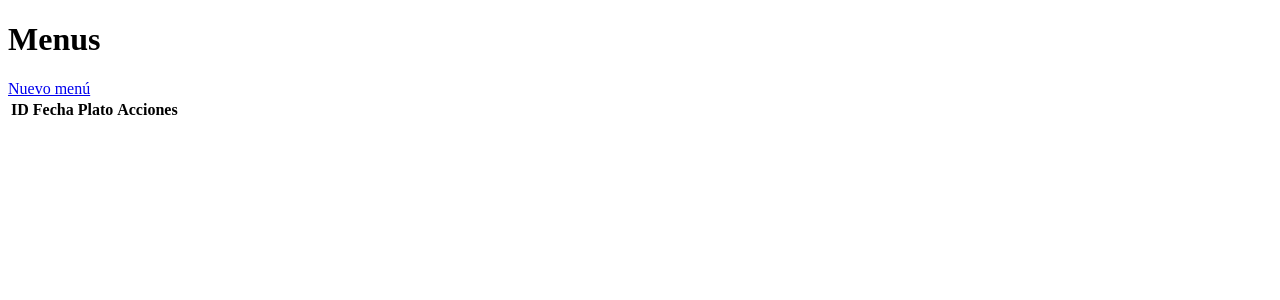
Repository: luisfelipeguevaraa/pedido-comida
Page: /
These files come from the project's save history. The page is drawn as it stood at one moment and after the next save; the edit follows.
The browser window is 1280 px wide. The pictures show the whole page.
The page's requests for data from a server got no answer. The project was rebuilt for these pictures with package versions that can differ from the ones it lists, and the page was loaded fresh each time. The framework's server and built-in components were replaced by stand-ins that run in the browser. No one was signed in, and anything a server would have sent is missing.

Above is the page before, as saved 2026-06-10 17:03:38.

### pages/index.tsx
import Link from 'next/link'
import { useEffect, useState } from 'react'

type Menu = { id: number; fecha: string; plato: string }

function ClientDate({ iso }: { iso: string }) {
  const [text, setText] = useState<string>('')
  useEffect(() => {
    // format only on client to avoid SSR/CSR mismatch
    try {
      setText(new Date(iso).toLocaleString())
    } catch (e) {
      setText(iso)
    }
  }, [iso])
  return <span>{text}</span>
}

export default function Home() {
  const [menus, setMenus] = useState<Menu[]>([])

  useEffect(() => {
    fetch('/api/menus')
      .then((r) => r.json())
      .then(setMenus)
  }, [])

  async function del(id: number) {
    if (!confirm('Eliminar menú?')) return
    await fetch(`/api/menus/${id}`, { method: 'DELETE' })
    setMenus((m) => m.filter((x) => x.id !== id))
  }

  return (
    <div className="container">
      <h1>Menus</h1>
      <Link href="/menus/new" className="btn">Nuevo menú</Link>
      <table>
        <thead>
          <tr><th>ID</th><th>Fecha</th><th>Plato</th><th>Acciones</th></tr>
        </thead>
        <tbody>
          {menus.map((m) => (
            <tr key={m.id}>
              <td>{m.id}</td>
              <td><ClientDate iso={m.fecha} /></td>
              <td>{m.plato}</td>
              <td>
                <Link href={`/menus/${m.id}/edit`} className="btn">Editar</Link>
                <button className="btn danger" onClick={() => del(m.id)}>Eliminar</button>
              </td>
            </tr>
          ))}
        </tbody>
      </table>
    </div>
  )
}

After the next save:
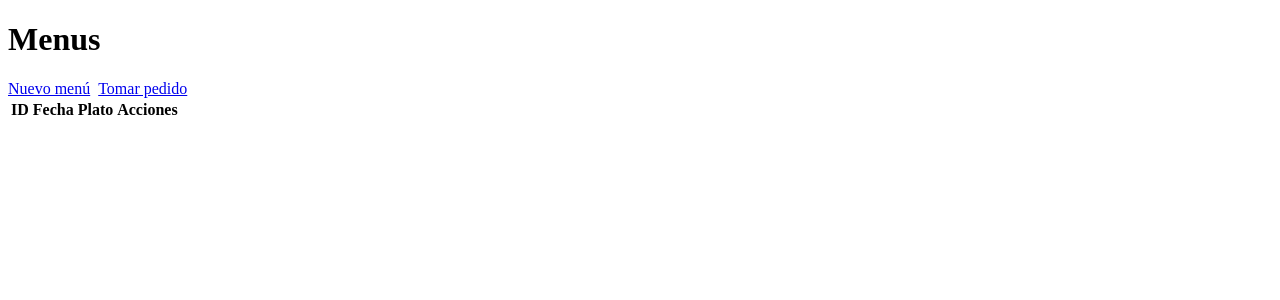
Saved 7 min 25 s later.
--- a/pages/index.tsx
+++ b/pages/index.tsx
@@ -34,7 +34,10 @@ export default function Home() {
   return (
     <div className="container">
       <h1>Menus</h1>
-      <Link href="/menus/new" className="btn">Nuevo menú</Link>
+      <div style={{ display: 'flex', gap: 8, flexWrap: 'wrap' }}>
+        <Link href="/menus/new" className="btn">Nuevo menú</Link>
+        <Link href="/orders/new" className="btn">Tomar pedido</Link>
+      </div>
       <table>
         <thead>
           <tr><th>ID</th><th>Fecha</th><th>Plato</th><th>Acciones</th></tr>
